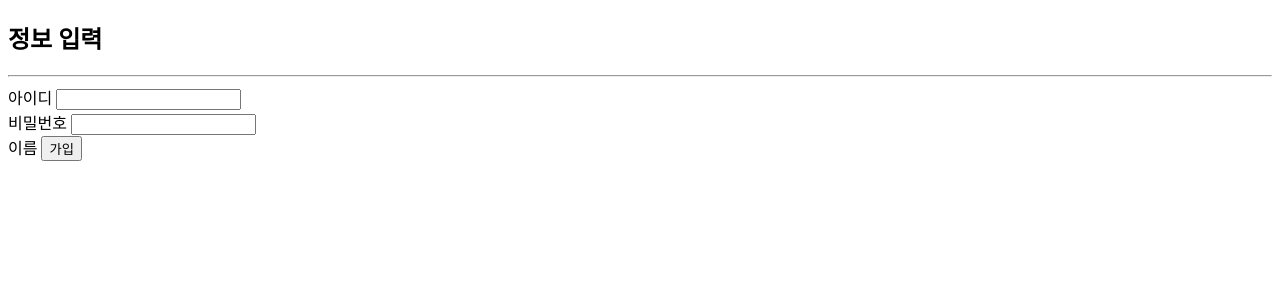
Repository: ksw824/MiniProject_SelectGame
Page: http://localhost/jwbook/miniProject/join.jsp
The author's editor kept a copy of each file at every save. The page is drawn from the files as they stood at one save, then again after the next save.
The browser window is 1280 px wide. The pictures show the whole page.
The page is served by Tomcat 10.

Above is the page before, as saved 2024-05-27 10:34:38.

After the next save:
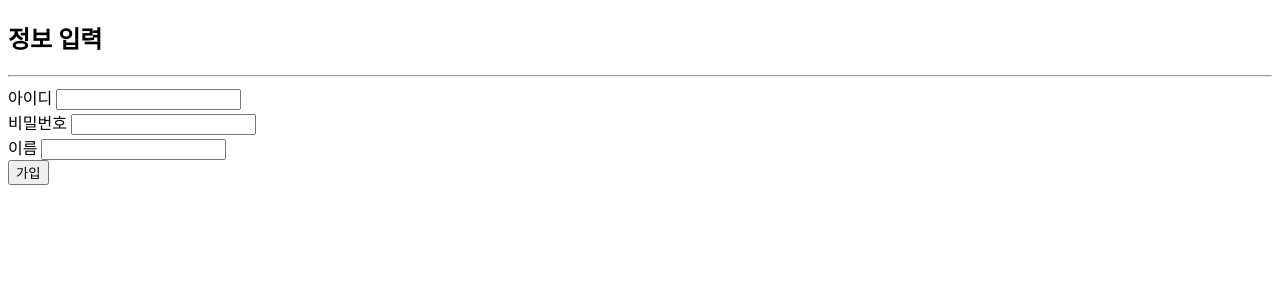
Saved 2 min 55 s later.
--- a/jwbook/src/main/webapp/miniProject/join.jsp
+++ b/jwbook/src/main/webapp/miniProject/join.jsp
@@ -15,6 +15,7 @@
 		<label>비밀번호</label>
 		<input type="text" name="password"><br>
 		<label>이름</label>
+		<input type="text" name="name"><br>
 		<button type="submit">가입</button>
 	</form>
 
